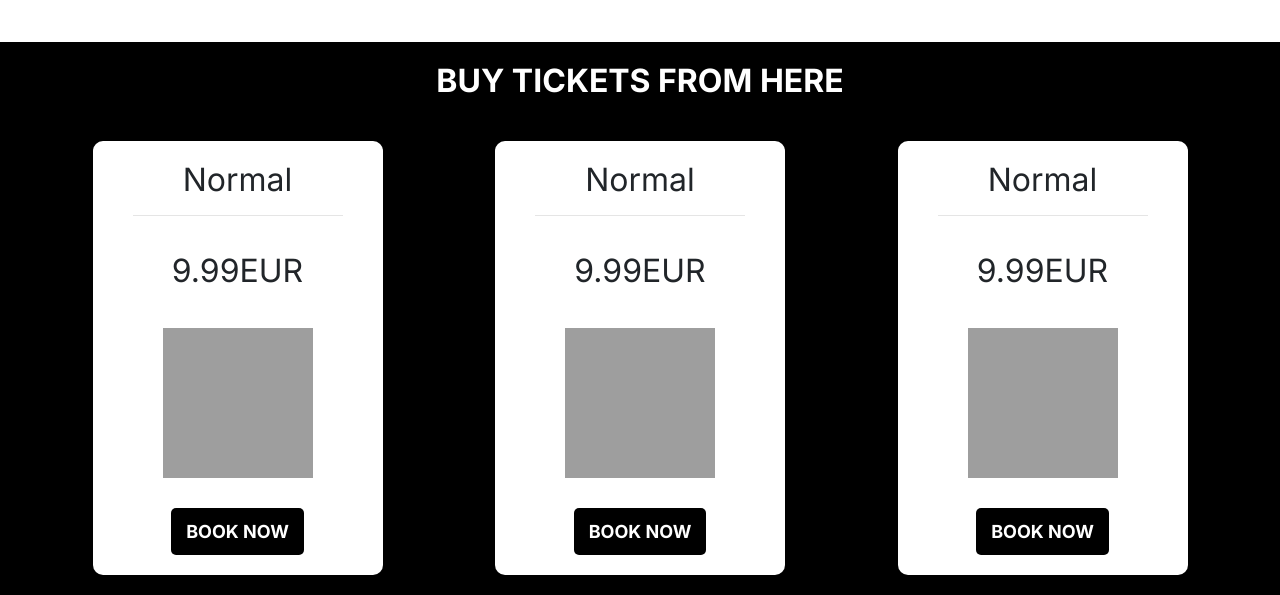
Repository: m-koparanova/MuseumOfCandy
Page: index.html
The author's editor kept a copy of each file at every save. The page is drawn from the files as they stood at one save, then again after the next save.
The browser window is 1280 px wide. The pictures show the part of the page from y = 1376 to 1971 px (the page is 1971 px tall).
Pictures or frames that could not be fetched are drawn as grey boxes. Some web fonts or font styles are not loaded; a fallback is used.

Above is the page before, as saved 2023-03-05 22:48:13.

### index.html
<!DOCTYPE html>
<html lang="en">
<head>
    <meta charset="UTF-8">
    <meta http-equiv="X-UA-Compatible" content="IE=edge">
    <meta name="viewport" content="width=device-width, initial-scale=1.0">
    <title>Document</title>
    <link rel="stylesheet" href="https://cdn.jsdelivr.net/npm/bootstrap@4.6.2/dist/css/bootstrap.min.css" integrity="sha384-xOolHFLEh07PJGoPkLv1IbcEPTNtaed2xpHsD9ESMhqIYd0nLMwNLD69Npy4HI+N" crossorigin="anonymous">

    <link rel="stylesheet" href="style.css">

</head>
<body>
    <nav class="nav-bar">
        <h2 class="logo">MUSEUM OF CANDY</h2>
        <div class="top-nav">

            <ul>
                <li class="nav"><a href="#">Home</a></li>
                <li class="nav"><a href="#">Tickets</a></li>
            </ul>
            <button class="button">Log in</button>
        </div>

    </nav>

    <tbody>
        <div class="image-container">
            <img src="pics\pexels-lisa-fotios-918327.jpg" alt="" class="image">
            <div class="text-container">
                <h3>MUSEUM OF CANDY</h3>
                <hr>
                <p>Here you can enjoy every candy<br>you can think of</p>
            </div>
        </div>

        <div>
            <h2 class="delights-text" id="delights-text">Delights for everyone!</h2>
        </div>

        <div class="gallery">
            <img src="C:\Users\Magda\Desktop\code\pics\pexels-anna-tukhfatullina-food-photographerstylist-2638026.jpg" alt="" width="280" height="355">
            <img src="C:\Users\Magda\Desktop\code\pics\pexels-photo-1775285.webp" alt="" width="280" height="355">
            <img src="C:\Users\Magda\Desktop\code\pics\resized-cookie.jpg" alt="" width="280" height="355">
        </div>

        <h2 class="buy-tickets">BUY TICKETS FROM HERE</h2>
            <div class="ticket-container">
                <div class="ticket">
                    <h2>Normal</h2>
                    <hr>
                    <h2>9.99EUR</h2>

                    <div class="icon">
                        <img src="C:\Users\Magda\Desktop\code\pics\cotton-candy.png" width="150" height="150" alt="">

                    </div>

                    <div class="ticket-button">
                        <button class="book-now">BOOK NOW</button>
                    </div>
                </div>




                <div class="ticket">
                    <h2>Normal</h2>
                    <hr>
                    <h2>9.99EUR</h2>

                    <div class="icon">
                        <img src="C:\Users\Magda\Desktop\code\pics\cotton-candy.png" width="150" height="150" alt="">

                    </div>

                    <div class="ticket-button">
                        <button class="book-now">BOOK NOW</button>
                    </div>
                </div>

                <div class="ticket">
                    <h2>Normal</h2>
                    <hr>
                    <h2>9.99EUR</h2>

                    <div class="icon">
                        <img src="C:\Users\Magda\Desktop\code\pics\cotton-candy.png" width="150" height="150" alt="">

                    </div>

                    <div class="ticket-button">
                        <button class="book-now">BOOK NOW</button>
                    </div>

            </div>
        </div>

    </tbody>


    <script src="https://cdn.jsdelivr.net/npm/jquery@3.5.1/dist/jquery.slim.min.js" integrity="sha384-DfXdz2htPH0lsSSs5nCTpuj/zy4C+OGpamoFVy38MVBnE+IbbVYUew+OrCXaRkfj" crossorigin="anonymous"></script>
    <script src="https://cdn.jsdelivr.net/npm/bootstrap@4.6.2/dist/js/bootstrap.bundle.min.js" integrity="sha384-Fy6S3B9q64WdZWQUiU+q4/2Lc9npb8tCaSX9FK7E8HnRr0Jz8D6OP9dO5Vg3Q9ct" crossorigin="anonymous"></script>

</body>
</html>

### style.css
@import url('https://fonts.googleapis.com/css2?family=Inter:wght@100;200;300;400;500;600;700;800;900&display=swap');
@import url('https://fonts.googleapis.com/css2?family=Italianno&display=swap');


*{
    margin: 0;
    padding: 0;
}

.nav-bar{
    background: black;
}

.logo {
    font-family: 'Inter', sans-serif, bold;
    color: white;
    position: absolute;
    margin-top: 20px;
    margin-left: 20px;
}

.top-nav{
    display: flex;
    align-items: end;
    justify-content: end;
    padding-top: 20px;
    padding-left: 20px;

}

.top-nav ul li{
    display: inline-block;
    list-style-type: none;
    padding-left: 20px;
    padding-right: 20px;
    font-family: 'Inter', sans-serif;
    font-size: 28px;
}

.top-nav ul li a{
    text-decoration: none;
    color: white;
}

.top-nav ul li a:hover{
    color: rgb(215, 5, 5);
    transition: .3s;
}

.button{
    border: none;
    background: white;
    border-radius: 10px;
    padding: 8px 15px 8px 15px;
    margin-right: 30px;
    margin-left: 40px;
    margin-bottom: 15px;
    font-family: 'Inter', sans-serif;
    text-align: center;
}

.button:hover{
    background: rgb(215, 5, 5);
    color: white;
}

.image-container {
    position: relative;
    text-align: center;
}

.image{
    object-fit: cover;
    width: 100%;
    height: 700px;
}

.text-container{
    position: absolute;
    bottom: 30px;
    left: 30px;
    background: white;
    opacity: 90%;
    padding: 40px 40px 40px 40px ;
}

.image-container div hr{
    border-width: 3px;
    opacity: 100%;
    background: red;
}
.image-container div h3{
    font-family: "Inter", sans-serif;
    font-size: 36px;
    font-weight: 700;
}

.image-container div p{
    font-family: 'Italianno', cursive;
    font-size: 38px;
    margin-top: 30px;
    margin-bottom: 0px;
}

.delights-text{
    font-family: 'Italianno', cursive;
    text-align: center;
    margin: 40px 0px 40px 0px;
    font-size: 100px;
}

.gallery{
    display: flex;
    justify-content: space-evenly;
}

.gallery img{
    width: 20%;
    margin: calc(20%/6);
}

.buy-tickets{
    background-color: black;
    color: white;
    font-family: 'Inter', sans-serif;
    font-size: 32px;
    padding: 20px;
    text-align: center;
    font-weight: 700;
    margin: 0px;
}

.ticket-container{
    background: black;
    display: flex;
    position: relative;
    align-items: center;
    justify-content: space-evenly;

}

.ticket{
    background: white;
    margin: 20px;
    padding-left: 40px;
    padding-right: 40px;
    padding-bottom: 20px;
    border-radius: 10px;

}

.ticket h2{
    text-align: center;
    font-family: 'Inter', sans-serif;
    font-weight: 400;
    top: 10px;
    padding: 20px 20px 0px 20px;

}

.icon{
    padding: 30px;
}
.ticket-button{
    margin: 0px;
    padding: 0px;
    text-align: center;

}

.book-now{
    border: none;
    background: black;
    color: white;
    border-radius: 5px;
    font-family: 'Inter', sans-serif;
    font-weight: 700;
    padding: 10px 15px 10px 15px;
    font-size: 18px;

}

After the next save:
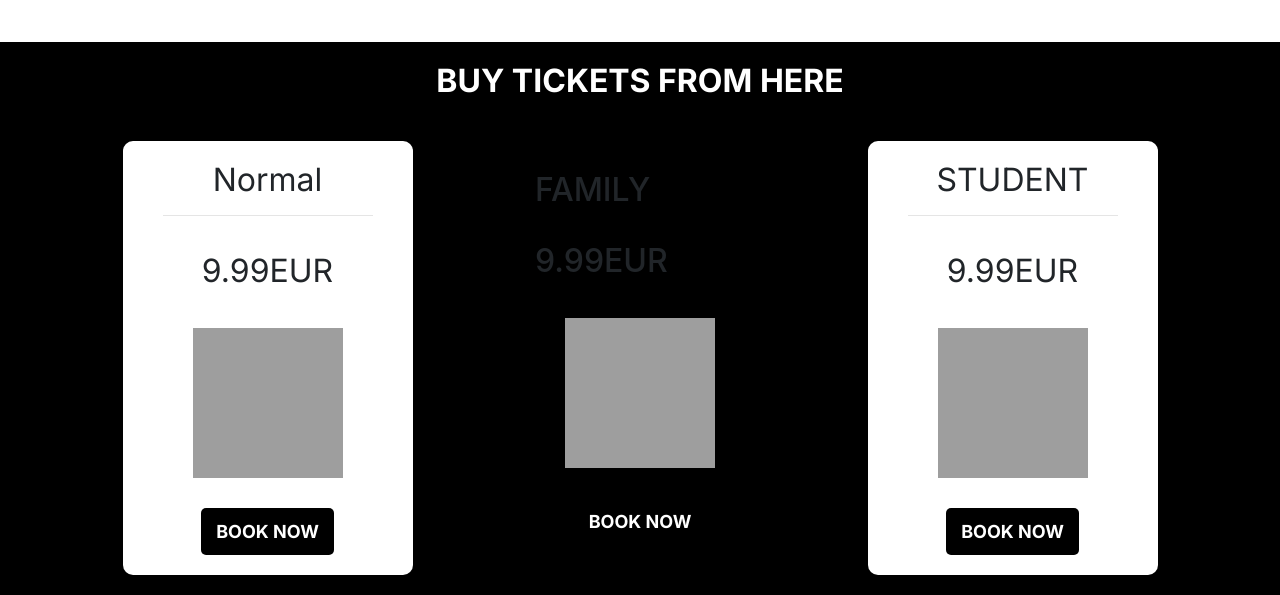
Saved 82 s later.
--- a/index.html
+++ b/index.html
@@ -64,8 +64,8 @@
 
 
 
-                <div class="ticket">
-                    <h2>Normal</h2>
+                <div class="family">
+                    <h2>FAMILY</h2>
                     <hr>
                     <h2>9.99EUR</h2>
 
@@ -80,7 +80,7 @@
                 </div>
 
                 <div class="ticket">
-                    <h2>Normal</h2>
+                    <h2>STUDENT</h2>
                     <hr>
                     <h2>9.99EUR</h2>
 

After the save that followed:
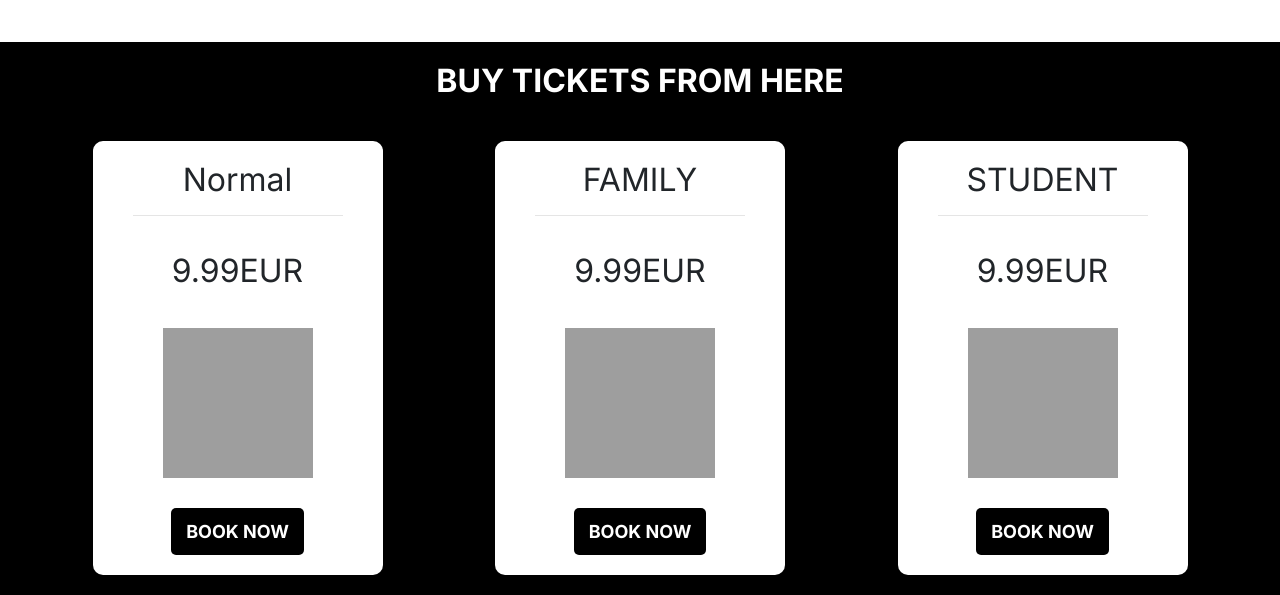
Saved 36 s later.
--- a/index.html
+++ b/index.html
@@ -64,7 +64,7 @@
 
 
 
-                <div class="family">
+                <div class="ticket" id="family">
                     <h2>FAMILY</h2>
                     <hr>
                     <h2>9.99EUR</h2>
